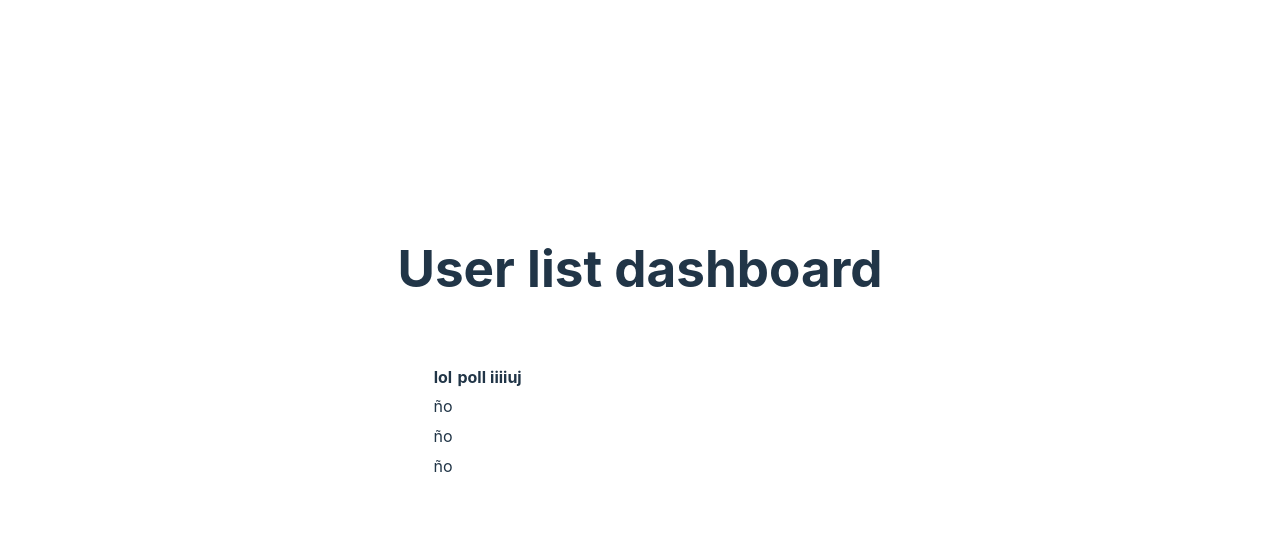
Repository: atzin-escandia/react-typescript-users-dashboard
Page: /
The author's editor kept a copy of each file at every save. The page is drawn from the files as they stood at one save, then again after the next save.
The browser window is 1280 px wide. The pictures show the whole page.
The page's requests for data from a server got no answer. The project was rebuilt for these pictures with package versions that can differ from the ones it lists, and the page was loaded fresh each time. No one was signed in, and anything a server would have sent is missing. Also part of the build but not shown: vite.config.ts.

Above is the page before, as saved 2023-10-08 21:02:13.

### src/App.tsx
import { useEffect, useState } from "react";
import "./App.css";
import UsersList from "./components/UsersList";

const API_URL = "https://randomuser.me/api/?results=10";
function App() {
  const [users, setUsers] = useState([]);

  useEffect(() => {
    fetch(API_URL)
      .then((res) => res.json())
      .then((res) => setUsers(res.results));
  }, []);

  return (
    <>
      <h1>User list dashboard</h1>
      <section className="card">
        <UsersList users={users}></UsersList>
      </section>
    </>
  );
}

export default App;

### src/components/UsersList.tsx
const UsersList = () => {
  return (
    <div>
      <table>
        <tr>
          <th>lol</th>
          <th>poll</th>
          <th>iiiiuj</th>
        </tr>
        <tr>
          <tbody>ño</tbody>
        </tr>
        <tr>
          <tbody>ño</tbody>
        </tr>
        <tr>
          <tbody>ño</tbody>
        </tr>
      </table>
    </div>
  );
};

export default UsersList;

Loaded but not shown: index.html (common file); src/main.tsx (common file); src/index.css (common file); src/App.css (common file)

After the next save:
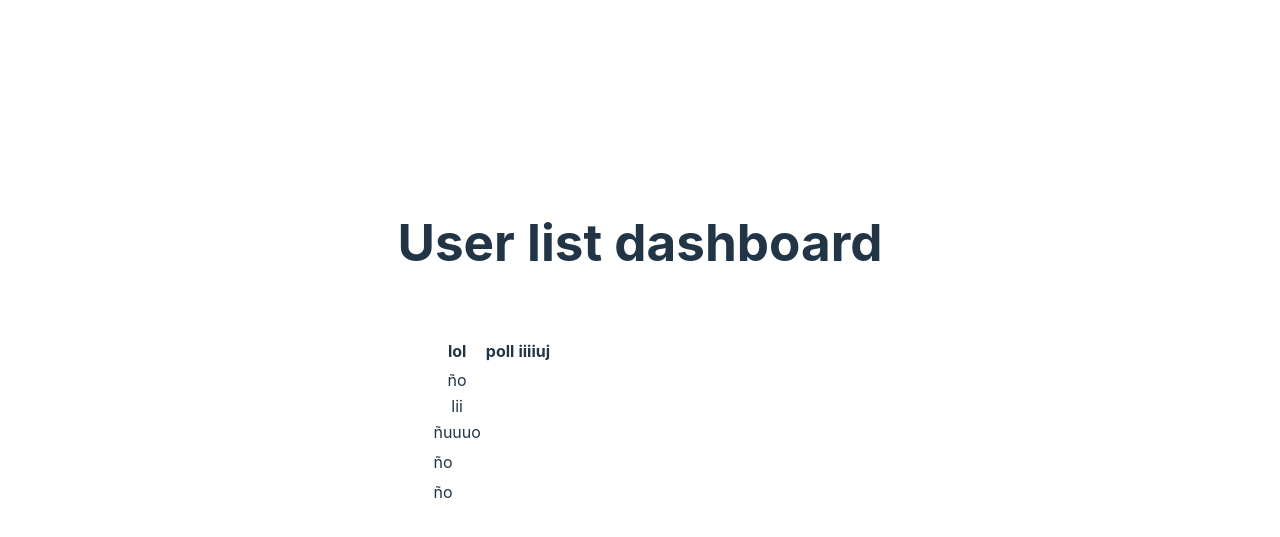
Saved 16 s later.
--- a/src/components/UsersList.tsx
+++ b/src/components/UsersList.tsx
@@ -9,6 +9,8 @@
         </tr>
         <tr>
           <tbody>ño</tbody>
+          <tbody>lii</tbody>
+          <tbody>ñuuuo</tbody>
         </tr>
         <tr>
           <tbody>ño</tbody>
